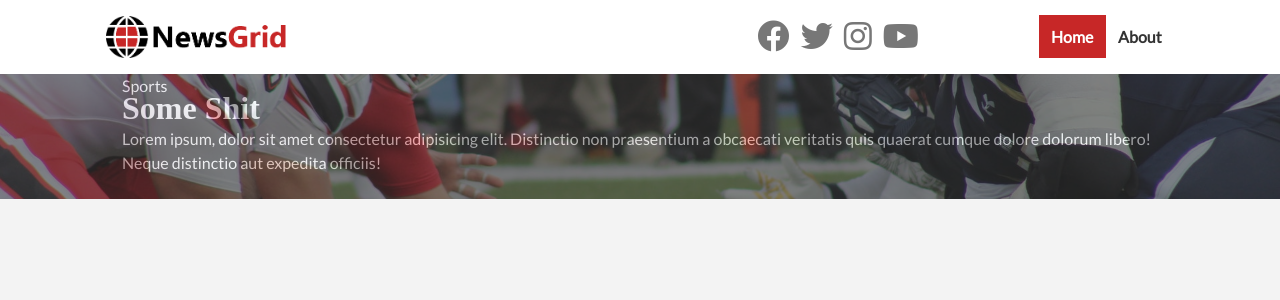
Repository: EswinGiova/NewsGrid
Page: index.html
The author's editor kept a copy of each file at every save. The page is drawn from the files as they stood at one save, then again after the next save.
The browser window is 1280 px wide. The pictures show the whole page.
Some web libraries are served in a nearby version.

Above is the page before, as saved 2020-09-19 20:04:43.

### index.html
<!DOCTYPE html>
<html lang="en">
  <head>
    <meta charset="UTF-8" />
    <meta name="viewport" content="width=device-width, initial-scale=1.0" />
    <link rel="shortcut icon" type="image/x-icon" href="favicon.ico" />
    <link
      href="https://fonts.googleapis.com/css2?family=Lato&family=Staatliches&display=swap"
      rel="stylesheet"
    />
    <link rel="stylesheet" href="./css/style.css" />
    <link
      rel="stylesheet"
      media="screen and (max-width: 768px)"
      href="./css/mobile.css"
    />

    <link
      rel="stylesheet"
      href="https://cdnjs.cloudflare.com/ajax/libs/font-awesome/5.14.0/css/all.min.css"
      integrity="sha512-1PKOgIY59xJ8Co8+NE6FZ+LOAZKjy+KY8iq0G4B3CyeY6wYHN3yt9PW0XpSriVlkMXe40PTKnXrLnZ9+fkDaog=="
      crossorigin="anonymous"
    />

    <title>NewsGrid | Latest News</title>
  </head>
  <body>
    <nav id="main-nav">
      <div class="container">
        <img src="./image_resources/logo.png" alt="" class="logo" />
        <div class="social">
          <a href="#" target="_blank"><i class="fab fa-facebook fa-2x"></i></a>
          <a href="#" target="_blank"><i class="fab fa-twitter fa-2x"></i></a>
          <a href="#" target="_blank"><i class="fab fa-instagram fa-2x"></i></a>
          <a href="#" target="_blank"><i class="fab fa-youtube fa-2x"></i></a>
        </div>
        <ul>
          <li><a href="#" class="current">Home</a></li>
          <li><a href="#">About </a></li>
        </ul>
      </div>
    </nav>

    <header id="showcase">
      <div class="container">
        <div class="showcase-container">
          <div class="showcase-content">
            <div class="category category-sports">Sports</div>
            <h1>Some Shit</h1>
            <p>
              Lorem ipsum, dolor sit amet consectetur adipisicing elit.
              Distinctio non praesentium a obcaecati veritatis quis quaerat
              cumque dolore dolorum libero! Neque distinctio aut expedita
              officiis!
            </p>
            <a href="./article.html" class="btn btn-primary">Read More </a>
          </div>
        </div>
      </div>
    </header>
  </body>
</html>

### css/style.css
:root {
  --primary-color: #c72727;
  --secondary-color: #f99500;
  --light-color: #f3f3f3;
  --dark-color: #333;
  --max-width: 1100px;
}

.category {
  --sports-color: #f99500;
  --ent-color: #a66bbe;
  --tech-color: #009cff;
}
* {
  margin: 0;
  padding: 0;
  box-sizing: border-box;
}
body {
  font-family: 'Lato', sans-serif;
  line-height: 1.5;
  background: var(--light-color);
}

a {
  color: var(--dark-color);
  text-decoration: none;
}

ul {
  list-style: none;
}

img {
  width: 100%;
}

h1,
h2,
h3,
h4,
h5,
h6 {
  font-family: 'Staaliches', cursive;
  margin-bottom: 0.55rem;
  line-height: 1.3rem;
}

/*  utility class */

.container {
  max-width: var(--max-width);
  margin: auto;
  padding: 0 2rem;
  overflow: hidden;
}

/* Navigation */
#main-nav {
  background: #fff;
  position: sticky;
  top: 0;
  z-index: 2;
}

#main-nav .container {
  display: grid;
  grid-template-columns: 6fr 3fr 2fr;
  padding: 1rem;
  align-items: center;
}

#main-nav .logo {
  width: 180px;
}

#main-nav ul {
  display: flex;
  justify-self: end;
}

#main-nav ul li a {
  padding: 0.77rem;
  font-weight: bold;
}

#main-nav ul li .current {
  background: var(--primary-color);
  color: white;
}

#main-nav ul li .current:hover {
  background: var(--light-color);
  color: var(--dark-color);
}
#main-nav .social {
  justify-self: center;
}

#main-nav .social i {
  color: #777;
  margin-left: 0.5rem;
}

/* showcase */
#showcase {
  background: #333;
  color: #fff;
  position: relative;
}

#showcase:before {
  content: '';
  background: url('../image_resources/featured.jpg') center center/cover;
  position: absolute;
  top: 0;
  left: 0;
  width: 100%;
  height: 100%;

  opacity: 0.4;
}

Loaded but not shown: css/mobile.css (no copy from this time; the picture is the same without it)

After the next save:
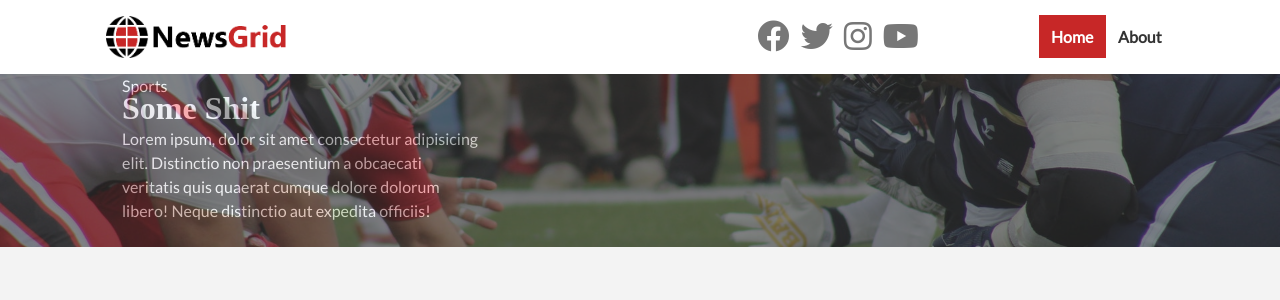
Saved 53 s later.
--- a/css/style.css
+++ b/css/style.css
@@ -117,6 +117,8 @@ h6 {
   left: 0;
   width: 100%;
   height: 100%;
-
   opacity: 0.4;
 }
+#showcase .showcase-container {
+  width: 50vh;
+}
